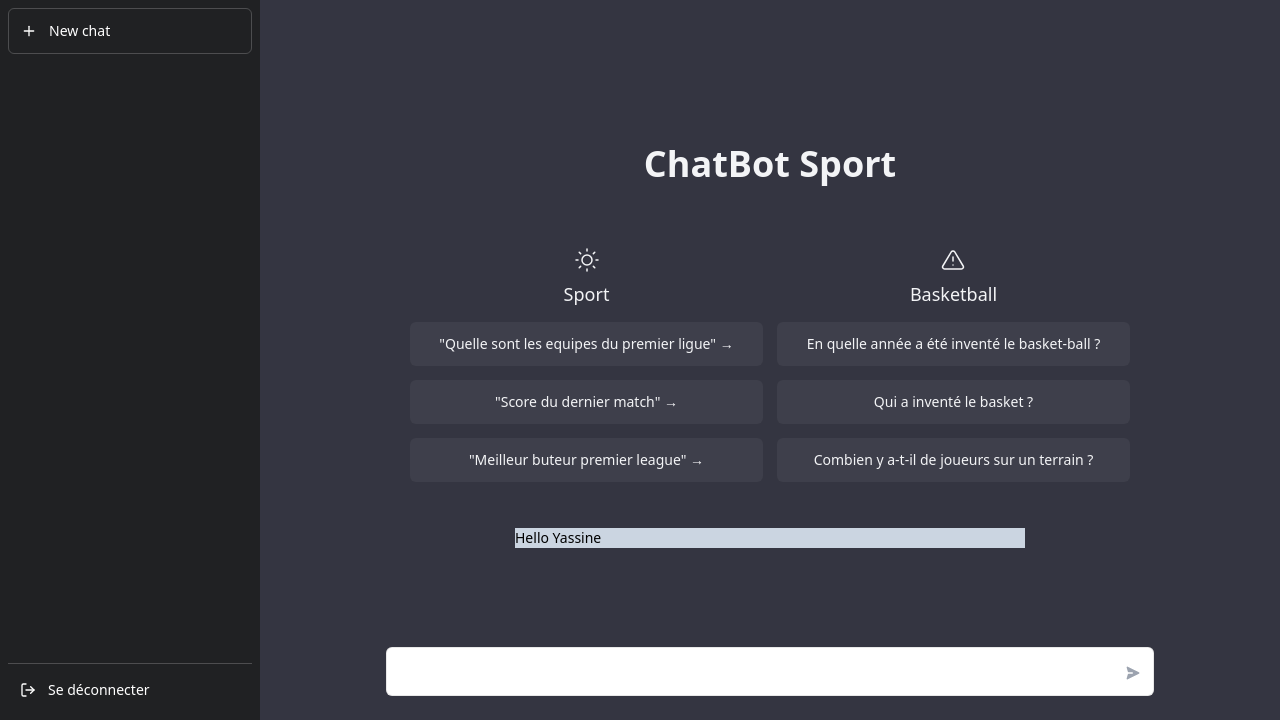
Repository: HaithemBenSlama/chatbot-front
Page: /, after clicking the first element matching `button.sc-gsFSXq`
These files come from the project's save history. The page is drawn as it stood at one moment and after the next save; the edit follows.
The browser window is 1280 px wide. The pictures show the whole page.
The project was rebuilt for these pictures with package versions that can differ from the ones it lists, and the page was loaded fresh each time. Also part of the build but not shown: src/constants/svg/lightningChargeIcon.js, src/constants/svg/externalLinkIcon.js, src/constants/svg/discordIcon.js, src/constants/svg/menuIcon.js, src/Components/Login/form-input.css.

Above is the page before, as saved 2023-05-01 22:03:51.

### src/App.js
import React from 'react'
import { LeftSection, RightSection } from './Components/main'
import { useState } from "react"
import Login from './Components/Login/Login';

const App = () => {
  const [isLoggedIn, setIsLoggedIn] = useState(false);
  return (
    <div>
      {isLoggedIn ? (
        <>
        <LeftSection setIsLoggedIn={setIsLoggedIn}/>
        <RightSection/>
        </>
      ) : (
        <Login setIsLoggedIn={setIsLoggedIn}/>
      )}
    </div>
  )
      }
export default App

### src/Components/main/index.js
import LeftSection from "./LeftSection";
import RightSection from "./RightSection";
import Footer from "./Footer";

export {RightSection, LeftSection, Footer}

### src/Components/Login/Login.jsx
import React from "react";
import "./login.css";
import * as Components from './Components';
import   { useState } from 'react';
import { useCookies } from "react-cookie";
import FormInput from "./FormInput";

const Login = ({setIsLoggedIn}) => {
    const [token,setToken]=useCookies(["user-token"]);
    const [signIn, toggle] = React.useState(true);
    const [data, setData] = useState();

    const [values, setValues] = useState({
        username: "",
        password: "",
    });
    const onChange = (e) => {
            setValues({ ...values, [e.target.name]: e.target.value });
    };

    const [valuesCreate, setValuesCreate] = useState({
        username: "",
        city: "",
        email: "",
        password: "",
    });
    const onChangeCreate = (e) => {
        setValuesCreate({ ...valuesCreate, [e.target.name]: e.target.value });
    };
    const handleSubmit = (e) => {
        e.preventDefault();
    };

    const inputs = [
        {
        id: 1,
        name: "username",
        type: "text",
        placeholder: "Username",
        errorMessage:
            "Username should be 3-16 characters and shouldn't include any special character!",
        label: "Username",
        pattern: "^[A-Za-z0-9]{3,16}$",
        required: true,
        },
        {
        id: 2,
        name: "password",
        type: "password",
        placeholder: "Password",
        errorMessage:
            "Password should be 8-20 characters and include at least 1 letter and 1 number!",
        label: "Password",
        pattern: `^(?=.*[0-9])(?=.*[a-zA-Z])[a-zA-Z0-9!@#$%^&*]{8,20}$`,
        required: true,
        },
    ];

    const inputsCreate = [
        {
        id: 1,
        name: "username",
        type: "text",
        placeholder: "Username",
        errorMessage:
            "Username should be 3-16 characters and shouldn't include any special character!",
        label: "Username",
        pattern: "^[A-Za-z0-9]{3,16}$",
        required: true,
        },
        {
            id: 2,
            name: "city",
            type: "text",
            placeholder: "City",
            errorMessage:
                "City name should be 3-16 characters and shouldn't include any special character!",
            label: "City",
            pattern: "^[A-Za-z]{3,16}$",
            required: true,
            },
        {
        id: 3,
        name: "email",
        type: "email",
        placeholder: "Email",
        errorMessage: "It should be a valid email address!",
        label: "Email",
        required: true,
        },
        {
        id: 4,
        name: "password",
        type: "password",
        placeholder: "Password",
        errorMessage:
            "Password should be 8-20 characters and include at least 1 letter and 1 number!",
        label: "Password",
        pattern: `^(?=.*[0-9])(?=.*[a-zA-Z])[a-zA-Z0-9!@#$%^&*]{8,20}$`,
        required: true,
        },
    ];

    const submitLog = async (e) => {
        e.preventDefault()
        const user = {
            username: values.username,
            password: values.password
        };
        const response=await fetch('http://127.0.0.1:8000/user/verif_user_login/', {
            method: 'POST',
            headers: {
                'accept': '*/*',
                'Content-Type':'multipart/form-data; boundary=--------------------------499310528544182401120976',
            },
            body:JSON.stringify(user)
        })
        const responseJson=await response.json();
        setToken("user-token",responseJson.usertoken);
    };

    const submitCreate = async (e) => {

        e.preventDefault()
        const user = {
            username: valuesCreate.username,
            city: valuesCreate.city,
            email: valuesCreate.email,
            password: valuesCreate.password
        };
        const response=await fetch('http://127.0.0.1:8000/user/verif_user/', {
            method: 'POST',
            headers: {
                'accept': '*/*',
                'Content-Type':'multipart/form-data; boundary=--------------------------499310528544182401120976',
            },
            body:JSON.stringify(user)
        })
        const responseJson=await response.json();
        setToken("user-token",responseJson.usertoken);
    };


        return(
            <div className="comp_body"><h1 className="logTitle">ChatBot</h1>
                <Components.Container>
                    <Components.SignUpContainer signinIn={signIn}>
                        <Components.Form  onSubmit={handleSubmit} >
                            <Components.Title>Create Account</Components.Title>
                            {inputsCreate.map((input) => (
                                <FormInput
                                    key={input.id}
                                    {...input}
                                    value={valuesCreate[input.name]}
                                    onChange={onChangeCreate}
                                />
                                ))}
                            <Components.Button onClick={submitCreate}>Sign Up</Components.Button>
                        </Components.Form>
                    </Components.SignUpContainer>

                    <Components.SignInContainer signinIn={signIn}>
                        <Components.Form >
                            <Components.Title>Log in</Components.Title>
                            {inputs.map((input) => (
                                <FormInput
                                    key={input.id}
                                    {...input}
                                    value={values[input.name]}
                                    onChange={onChange}
                                />
                                ))}
                            <Components.Anchor href='#'>Forgot your password?</Components.Anchor>
                            <Components.Button onClick={()=>{setIsLoggedIn(true)}} >Sign In</Components.Button>
                        </Components.Form>
                    </Components.SignInContainer>

                    <Components.OverlayContainer signinIn={signIn}>
                    <Components.Overlay signinIn={signIn}>

                    <Components.LeftOverlayPanel signinIn={signIn}>
                        <Components.Title>Welcome Back!</Components.Title>
                        <Components.Paragraph>
                            To keep connected with us please login with your personal info
                        </Components.Paragraph>
                        <Components.GhostButton onClick={() => toggle(true)}>
                            Sign In
                        </Components.GhostButton>
                        </Components.LeftOverlayPanel>

                        <Components.RightOverlayPanel signinIn={signIn}>
                            <Components.Title>Hello, Friend!</Components.Title>
                            <Components.Paragraph>
                                Enter Your personal details and start journey with us
                            </Components.Paragraph>
                                <Components.GhostButton onClick={() => toggle(false)}>
                                    Sigin Up
                                </Components.GhostButton>
                        </Components.RightOverlayPanel>

                    </Components.Overlay>
                </Components.OverlayContainer>

            </Components.Container>
        </div>
        )
}

export default Login;

### src/Components/main/LeftSection/index.js
import React from "react";
import { LogOutIcon,PlusIcon,} from "../../../constants";

const LeftSection = ({ show = false }) => {
  return (
    <div
      className={`${show && " flex flex-col"} ${
        !show && "hidden"
      } bg-black md:fixed md:inset-y-0 md:flex md:w-[260px] md:flex-col`}
    >
      <div className="flex h-full min-h-0 flex-col ">
        <div className="scrollbar-trigger flex h-full w-full flex-1 items-start border-white/20">
          <nav className="flex h-full flex-1 flex-col space-y-1 p-2">
            <a className="flex py-3 px-3 items-center gap-3 rounded-md hover:bg-gray-500/10 transition-colors duration-200 text-white cursor-pointer text-sm mb-2 flex-shrink-0 border border-white/20">
              <PlusIcon />
              New chat
            </a>
            <div className="flex-col flex-1 overflow-y-auto border-b border-white/20">
              <div className="flex flex-col gap-2 text-gray-100 text-sm">
                {/*  */}
              </div>
            </div>
              <a
                className="flex py-3 px-3 items-center gap-3 rounded-md hover:bg-gray-500/10 transition-colors duration-200 text-white cursor-pointer text-sm"
                href="/Login"
              >
                <LogOutIcon/>
                Se déconnecter
              </a>
          </nav>
        </div>
      </div>
    </div>
  );
};

export default LeftSection;

### src/Components/main/RightSection/index.js
import { CautionIcon, LightningChargeIcon, SunIcon } from "../../../constants";
import Footer from "../Footer";

const RightSection = () => {
  return (
    <div className="flex h-full flex-1 flex-col md:pl-[260px]">
      <main className="relative h-full w-full transition-width flex flex-col overflow-hidden items-stretch flex-1">
        <div className="flex-1 overflow-hidden">
          <div className="flex flex-col items-center text-sm h-full md:h-screen bg-lightBlack">
            <div className="text-gray-800 w-full md:max-w-2xl lg:max-w-3xl md:h-full md:flex md:flex-col px-6">
              <h1 className="text-4xl text-gray-100 font-semibold text-center mt-6 sm:mt-[20vh] ml-auto mr-auto mb-10 sm:mb-16">
                ChatBot Sport
              </h1>
              <div className="md:flex items-start text-center gap-3.5">
                {[
                  {
                    icon: <SunIcon />,
                    title: "Sport",
                    subTitle: [
                      `"Quelle sont les equipes du premier ligue" →`,
                      `"Score du dernier match" →`,
                      `"Meilleur buteur premier league" →`,
                    ],
                    hover: true,
                  },
                  {
                    icon: <CautionIcon />,
                    title: "Basketball",
                    subTitle: [
                      `En quelle année a été inventé le basket-ball ?`,
                      `Qui a inventé le basket ?`,
                      `Combien y a-t-il de joueurs sur un terrain ?`,
                    ],
                    hover: false,
                  },
                ].map((item, index) => (
                  <div
                    className="flex flex-col mb-8 md:mb-auto gap-3.5 flex-1"
                    key={index}
                  >
                    <h2 className="flex gap-3 text-gray-100 items-center m-auto text-lg font-normal md:flex-col md:gap-2">
                      {item.icon}
                      {item.title}
                    </h2>
                    <ul className="flex flex-col gap-3.5 w-full sm:max-w-md m-auto">
                      {item.subTitle.map((subTitle, subTitleIndex) => (
                        <button
                          className={`w-full bg-gray-50 text-gray-100 bg-white/5 p-3 rounded-md ${
                            item.hover
                              ? "hover:bg-gray-200 dark:hover:bg-gray-900 cursor-pointer"
                              : "cursor-text"
                          }`}
                          key={subTitleIndex}
                        >
                          {subTitle}
                        </button>
                      ))}
                    </ul>
                  </div>
                ))}
              </div>
            </div>
            <div className="mx-20 w-1/2 h-48 flex-shrink-0">
              <p className="bg-slate-300">Hello Yassine</p>
            </div>
          </div>
        </div>
        <Footer />
      </main>
    </div>
  );
};

export default RightSection;

### src/Components/main/Footer/index.js
import React from "react";
import { PlaneIcon, UserIcon } from "../../../constants";

const Footer = () => {
  return (
    <div className="absolute bottom-0 left-0 w-full border-t md:border-t-0 dark:border-white/20 md:border-transparent md:dark:border-transparent md:bg-vert-light-gradient bg-gray-800 md:!bg-transparent">
      <form className="mx-2 flex flex-row gap-3 pt-2 last:mb-2 md:last:mb-6 lg:mx-auto lg:max-w-3xl lg:pt-6">
        <div className="relative flex h-full flex-1 md:flex-col">
          <div className="ml-1 mt-1.5 md:w-full md:m-auto md:flex md:mb-2 gap-2 justify-center">
            <div className="text-gray-100 p-1 md:hidden">
              <UserIcon />
            </div>
          </div>
          {/* Input */}
          <div className="flex flex-col w-full py-2 pl-3 flex-grow md:py-3 md:pl-4 relative border border-black/10 bg-white dark:border-gray-900/50 dark:text-white rounded-md bg-[rgba(64,65,79,var(--tw-bg-opacity))]">
            <textarea
              tabIndex="0"
              data-id="root"
              rows="1"
              className="m-0 w-full resize-none border-0 bg-transparent p-0 pr-7 focus:ring-0 focus-visible:ring-0 dark:bg-transparent outline-none overflow-y-hidden h-[23px]"
            ></textarea>
            <button className="absolute p-1 rounded-md text-gray-400 bottom-1.5 right-1 md:bottom-2.5 md:right-2 hover:bg-black">
              <PlaneIcon />
            </button>
          </div>
        </div>
      </form>
    </div>
  );
};

export default Footer;

### src/Components/Login/login.css
* {
    box-sizing: border-box;
}

.comp_body {
    background: #f6f5f7;
    display: flex;
    justify-content: center;
    align-items: center;
    flex-direction: column;
    font-family: "Montserrat", sans-serif;
    height: 100vh;
    margin: -20px 0 50px;
}
.logTitle {
    font-size: 3rem;
    font-weight: 600;
    text-align: center;
    margin-bottom: 2rem;
    color: #038c7a;
    text-shadow: 2px 2px 0px #f2f2f2, -2px -2px 0px #f2f2f2, 2px -2px 0px #f2f2f2, -2px 2px 0px #f2f2f2;
    text-transform: uppercase;
    letter-spacing: 3px;
    line-height: 1;
    position: relative;
}
.logTitle:before{
    content: "";
    width: 100%;
    height: 1px;
    position: absolute;
    bottom: -0.5rem;
    left: 0;
    background-color: #5c5c5c;
}

### src/Components/Login/Components.js
import styled from 'styled-components';

export const Container = styled.div`
background-color: #fff;
border-radius: 10px;
box-shadow: 0 14px 28px rgba(0, 0, 0, 0.25), 0 10px 10px rgba(0, 0, 0, 0.22);
position: relative;
overflow: hidden;
width: 678px;
max-width: 100%;
min-height: 450px;
`;

export const SignUpContainer = styled.div`
position: absolute;
top: 0;
height: 100%;
transition: all 0.6s ease-in-out;
left: 0;
width: 50%;
opacity: 0;
z-index: 1;
${props => props.signinIn !== true ? `
    transform: translateX(100%);
    opacity: 1;
    z-index: 5;
`
: null}
`;


export const SignInContainer = styled.div`
position: absolute;
top: 0;
height: 100%;
transition: all 0.6s ease-in-out;
left: 0;
width: 50%;
z-index: 2;
${props => (props.signinIn !== true ? `transform: translateX(100%);` : null)}
`;

export const Form = styled.div`
background-color: #ffffff;
display: flex;
align-items: center;
justify-content: center;
flex-direction: column;
padding: 0 50px;
height: 100%;
text-align: center;
`;

export const Title = styled.h1`
font-weight: bold;
margin-bottom: 15px;
`;

export const Input = styled.input`
background-color: #eee;
border: none;
padding: 12px 15px;
margin: 8px 0;
width: 100%;
`;


export const Button = styled.button`
    border-radius: 20px;
    border: 1px solid #1775d2;
    background-color: #1775d2;
    color: #ffffff;
    font-size: 12px;
    font-weight: bold;
    padding: 12px 45px;
    letter-spacing: 1px;
    text-transform: uppercase;
    transition: transform 80ms ease-in;
    &:active{
        transform: scale(0.95);
    }
    &:focus {
        outline: none;
    }
`;
export const GhostButton = styled(Button)`
background-color: transparent;
border-color: #ffffff;
`;

export const Anchor = styled.a`
color: #333;
font-size: 14px;
text-decoration: none;
margin: 15px 0;
`;
export const OverlayContainer = styled.div`
position: absolute;
top: 0;
left: 50%;
width: 50%;
height: 100%;
overflow: hidden;
transition: transform 0.6s ease-in-out;
z-index: 100;
${props =>
props.signinIn !== true ? `transform: translateX(-100%);` : null}
`;

export const Overlay = styled.div`
background: #1775d2;
background: -webkit-linear-gradient(to right, #1775d2, #25b579);
background: linear-gradient(to right, #1775d2,#1775d2);
background-repeat: no-repeat;
background-size: cover;
background-position: 0 0;
color: #ffffff;
position: relative;
left: -100%;
height: 100%;
width: 200%;
transform: translateX(0);
transition: transform 0.6s ease-in-out;
${props => (props.signinIn !== true ? `transform: translateX(50%);` : null)}
`;

export const OverlayPanel = styled.div`
    position: absolute;
    display: flex;
    align-items: center;
    justify-content: center;
    flex-direction: column;
    padding: 0 40px;
    text-align: center;
    top: 0;
    height: 100%;
    width: 50%;
    transform: translateX(0);
    transition: transform 0.6s ease-in-out;
`;

export const LeftOverlayPanel = styled(OverlayPanel)`
transform: translateX(-20%);
${props => props.signinIn !== true ? `transform: translateX(0);` : null}
`;

export const RightOverlayPanel = styled(OverlayPanel)`
    right: 0;
    transform: translateX(0);
    ${props => props.signinIn !== true ? `transform: translateX(20%);` : null}
`;

export const Paragraph = styled.p`
font-size: 14px;
font-weight: 100;
line-height: 20px;
letter-spacing: 0.5px;
margin: 20px 0 30px
`;

### src/Components/Login/FormInput.jsx
import { useState } from "react";
import "./form-input.css";

const FormInput = (props) => {
const [focused, setFocused] = useState(false);
const { label, errorMessage, onChange, id, ...inputProps } = props;

const handleFocus = (e) => {
    setFocused(true);
};

return (
    <div className="formInput">
    <input className="inputAuth"
        {...inputProps}
        onChange={onChange}
        onBlur={handleFocus}
        onFocus={() =>
        inputProps.name === "confirmPassword" && setFocused(true)
        }
        focused={focused.toString()}
    />
    <span className="spanAuth">{errorMessage}</span>
    </div>
);
};

export default FormInput;

### src/constants/index.js
import SunIcon from "./svg/sunIcon";
import LightningChargeIcon from "./svg/lightningChargeIcon";
import CautionIcon from "./svg/cautionIcon";
import PlaneIcon from "./svg/planeIcon";
import PlusIcon from "./svg/plusIcon";
import ExternalLinkIcon from "./svg/externalLinkIcon";
import DiscordIcon from "./svg/discordIcon";
import LogOutIcon from "./svg/logOutIcon";
import MenuIcon from "./svg/menuIcon";
import UserIcon from "./svg/userIcon";

export {
  SunIcon,
  LightningChargeIcon,
  CautionIcon,
  PlaneIcon,
  PlusIcon,
  DiscordIcon,
  ExternalLinkIcon,
  LogOutIcon,
  MenuIcon,
  UserIcon,
};

### src/constants/svg/sunIcon.js
import React from "react";

const SunIcon = ({ className = "h-6 w-6", strokeWidth = "1.5" }) => {
  return (
    <svg
      stroke="currentColor"
      fill="none"
      strokeWidth={strokeWidth}
      viewBox="0 0 24 24"
      strokeLinecap="round"
      strokeLinejoin="round"
      className={className}
      height="1em"
      width="1em"
      xmlns="http://www.w3.org/2000/svg"
    >
      <circle cx="12" cy="12" r="5"></circle>
      <line x1="12" y1="1" x2="12" y2="3"></line>
      <line x1="12" y1="21" x2="12" y2="23"></line>
      <line x1="4.22" y1="4.22" x2="5.64" y2="5.64"></line>
      <line x1="18.36" y1="18.36" x2="19.78" y2="19.78"></line>
      <line x1="1" y1="12" x2="3" y2="12"></line>
      <line x1="21" y1="12" x2="23" y2="12"></line>
      <line x1="4.22" y1="19.78" x2="5.64" y2="18.36"></line>
      <line x1="18.36" y1="5.64" x2="19.78" y2="4.22"></line>
    </svg>
  );
};

export default SunIcon;

### src/constants/svg/cautionIcon.js
import React from "react";

const CautionIcon = () => {
  return (
    <svg
      stroke="currentColor"
      fill="none"
      strokeWidth="1.5"
      viewBox="0 0 24 24"
      strokeLinecap="round"
      strokeLinejoin="round"
      className="h-6 w-6"
      height="1em"
      width="1em"
      xmlns="http://www.w3.org/2000/svg"
    >
      <path d="M10.29 3.86L1.82 18a2 2 0 0 0 1.71 3h16.94a2 2 0 0 0 1.71-3L13.71 3.86a2 2 0 0 0-3.42 0z"></path>
      <line x1="12" y1="9" x2="12" y2="13"></line>
      <line x1="12" y1="17" x2="12.01" y2="17"></line>
    </svg>
  );
};

export default CautionIcon;

### src/constants/svg/planeIcon.js
import React from "react";

const PlaneIcon = () => {
  return (
    <svg
      stroke="currentColor"
      fill="currentColor"
      strokeWidth="0"
      viewBox="0 0 20 20"
      className="h-4 w-4 rotate-90"
      height="1em"
      width="1em"
      xmlns="http://www.w3.org/2000/svg"
    >
      <path d="M10.894 2.553a1 1 0 00-1.788 0l-7 14a1 1 0 001.169 1.409l5-1.429A1 1 0 009 15.571V11a1 1 0 112 0v4.571a1 1 0 00.725.962l5 1.428a1 1 0 001.17-1.408l-7-14z"></path>
    </svg>
  );
};

export default PlaneIcon;

### src/constants/svg/plusIcon.js
import React from "react";

const PlusIcon = ({ className = "h-4 w-4" }) => {
  return (
    <svg
      stroke="currentColor"
      fill="none"
      strokeWidth="2"
      viewBox="0 0 24 24"
      strokeLinecap="round"
      strokeLinejoin="round"
      className={className}
      height="1em"
      width="1em"
      xmlns="http://www.w3.org/2000/svg"
    >
      <line x1="12" y1="5" x2="12" y2="19"></line>
      <line x1="5" y1="12" x2="19" y2="12"></line>
    </svg>
  );
};

export default PlusIcon;

### src/constants/svg/logOutIcon.js
import React from "react";

const LogOutIcon = () => {
  return (
    <svg
      stroke="currentColor"
      fill="none"
      strokeWidth="2"
      viewBox="0 0 24 24"
      strokeLinecap="round"
      strokeLinejoin="round"
      className="h-4 w-4"
      height="1em"
      width="1em"
      xmlns="http://www.w3.org/2000/svg"
    >
      <path d="M9 21H5a2 2 0 0 1-2-2V5a2 2 0 0 1 2-2h4"></path>
      <polyline points="16 17 21 12 16 7"></polyline>
      <line x1="21" y1="12" x2="9" y2="12"></line>
    </svg>
  );
};

export default LogOutIcon;

### src/constants/svg/userIcon.js
import React from "react";

const UserIcon = () => {
  return (
    <svg
      xmlns="http://www.w3.org/2000/svg"
      fill="none"
      viewBox="0 0 24 24"
      strokeWidth={1.5}
      stroke="currentColor"
      className="w-6 h-6"
    >
      <path
        strokeLinecap="round"
        strokeLinejoin="round"
        d="M15.75 6a3.75 3.75 0 11-7.5 0 3.75 3.75 0 017.5 0zM4.501 20.118a7.5 7.5 0 0114.998 0A17.933 17.933 0 0112 21.75c-2.676 0-5.216-.584-7.499-1.632z"
      />
    </svg>
  );
};

export default UserIcon;

### tailwind.config.js
/** @type {import('tailwindcss').Config} */
module.exports = {
  content: ["./src/**/*.{js,jsx,ts,tsx}"],
  theme: {
    extend: {
      colors: {
        black: "#202123",
        lightBlack: "#343541",
      },
    },
  },
  plugins: [],
};

Loaded but not shown: public/index.html (common file); src/index.js (common file); src/index.css (common file)

After the next save:
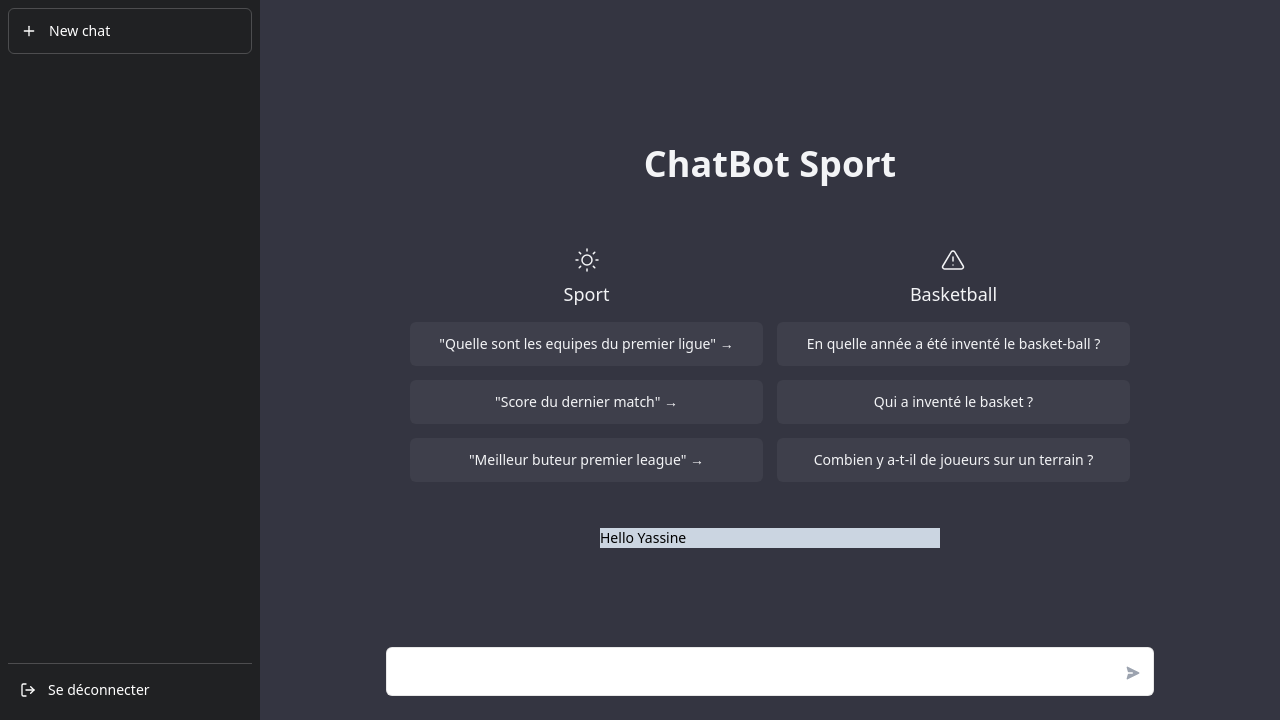
Saved 5 s later.
--- a/src/Components/main/RightSection/index.js
+++ b/src/Components/main/RightSection/index.js
@@ -60,7 +60,7 @@ const RightSection = () => {
                 ))}
               </div>
             </div>
-            <div className="mx-20 w-1/2 h-48 flex-shrink-0">
+            <div className="mx-20 w-1/3 h-48 flex-shrink-0">
               <p className="bg-slate-300">Hello Yassine</p>
             </div>
           </div>
